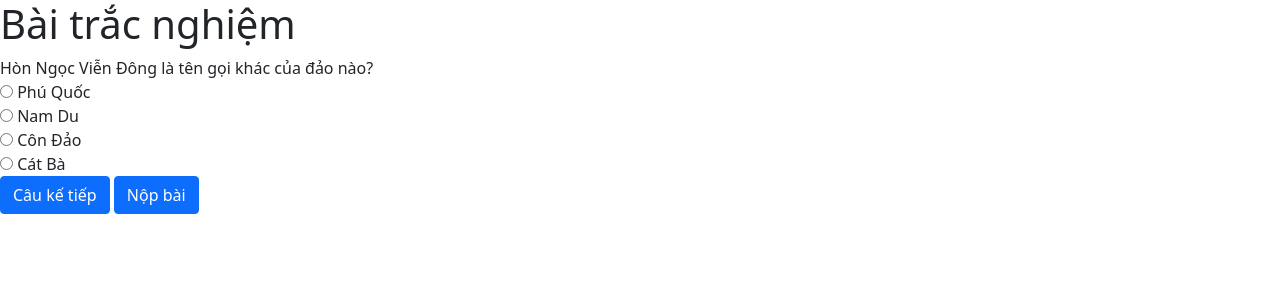
Repository: tran-thien-nhan/quiz_tlln
Page: index.html
The author's editor kept a copy of each file at every save. The page is drawn from the files as they stood at one save, then again after the next save.
The browser window is 1280 px wide. The pictures show the whole page.

Above is the page before, as saved 2023-06-25 10:24:22.

### index.html
<!DOCTYPE html>
<html>
<head>
    <title>Trắc nghiệm</title>
    <link rel="stylesheet" href="https://cdn.jsdelivr.net/npm/bootstrap@5.0.1/dist/css/bootstrap.min.css">
    <style>
        .correct-feedback {
            color: green;
        }

        .incorrect-feedback {
            color: red;
        }
    </style>
</head>
<body>
    <!-- Bài trắc nghiệm -->
    <div id="quizContainer">
        <h1>Bài trắc nghiệm</h1>
        <div id="question"></div>
        <div id="choices"></div>
        <button id="nextBtn" class="btn btn-primary">Câu kế tiếp</button>
        <button id="submitBtn" class="btn btn-primary">Nộp bài</button>
        <div id="result" style="display: none;"></div>
    </div>

    <script src="https://cdn.jsdelivr.net/npm/jquery@3.6.0"></script>
    <script src="https://cdn.jsdelivr.net/npm/bootstrap@5.0.1/dist/js/bootstrap.bundle.min.js"></script>
    <script>
        // Hiển thị bài trắc nghiệm
        function showQuiz() {
            $('#quizContainer').show();
            loadQuestions();
        }

        // Load câu hỏi từ file JSON
        function loadQuestions() {
            $.getJSON('quest_lib.json', function (data) {
                var questions = data.questions;
                sessionStorage.setItem('questions', JSON.stringify(questions));
                showQuestion(0);
            }).fail(function () {
                alert('Không thể tải câu hỏi. Vui lòng thử lại sau.');
            });
        }

        // Hiển thị câu hỏi và lựa chọn
        function showQuestion(index) {
            var questions = JSON.parse(sessionStorage.getItem('questions'));
            var question = questions[index];
            $('#question').text(question.question);
            var choices = question.choices;
            var shuffledChoices = shuffleArray(choices);
            $('#choices').empty();
            for (var i = 0; i < shuffledChoices.length; i++) {
                var choice = shuffledChoices[i];
                var radioBtn = $('<input type="radio" name="choice" value="' + choice + '"> ' + choice + '<br>');
                $('#choices').append(radioBtn);
            }
        }

        // Xáo trộn mảng
        function shuffleArray(array) {
            var currentIndex = array.length, temporaryValue, randomIndex;
            while (0 !== currentIndex) {
                randomIndex = Math.floor(Math.random() * currentIndex);
                currentIndex -= 1;
                temporaryValue = array[currentIndex];
                array[currentIndex] = array[randomIndex];
                array[randomIndex] = temporaryValue;
            }
            return array;
        }

        // Xử lý nút Câu kế tiếp
        function processNextQuestion() {
            var selectedChoice = $('input[name="choice"]:checked').val();

            // Kiểm tra xem người dùng đã chọn câu trả lời hay chưa
            if (!selectedChoice) {
                alert('Vui lòng chọn câu trả lời.');
                return;
            }
            var currentQuestionIndex = parseInt(sessionStorage.getItem('currentQuestionIndex'));
            var questions = JSON.parse(sessionStorage.getItem('questions'));
            var currentQuestion = questions[currentQuestionIndex];
            var correctAnswer = currentQuestion.correctAnswer;
            var score = parseInt(sessionStorage.getItem('score'));

            // Kiểm tra xem người dùng đã chọn đúng hay sai đáp án
            var isCorrect = selectedChoice === correctAnswer;

            // Nếu chọn đúng, tăng điểm
            if (isCorrect) {
                score += 1;
            }

            currentQuestionIndex += 1;
            sessionStorage.setItem('currentQuestionIndex', currentQuestionIndex);
            sessionStorage.setItem('score', score);

            if (currentQuestionIndex < questions.length) {
                showQuestion(currentQuestionIndex);
            } else {
                showResult();
            }
        }

        // Xử lý nút Câu kế tiếp
        $('#nextBtn').click(function () {
            processNextQuestion();
        });

        // Hiển thị kết quả
        function showResult() {
            var score = parseInt(sessionStorage.getItem('score'));
            var totalQuestions = JSON.parse(sessionStorage.getItem('questions')).length;
            var percentage = (score / totalQuestions) * 100;
            $('#quizContainer').hide();
            $('#result').text('Điểm số: ' + score + '/' + totalQuestions + ' (' + percentage + '%)').show();
        }

        // Kiểm tra đăng nhập khi tải trang
        $(document).ready(function () {
            showQuiz();
        });
    </script>
</body>
</html>

### quest_lib.json
{
    "questions": [
      {
        "question": "Hòn Ngọc Viễn Đông là tên gọi khác của đảo nào?",
        "choices": [
          "Côn Đảo",
          "Phú Quốc",
          "Nam Du",
          "Cát Bà"
        ],
        "correctAnswer": "Phú Quốc"
      },
      {
        "question": "Ai là vị vua cuối cùng của triều đại Lý?",
        "choices": [
          "Lý Thánh Tông",
          "Lý Cao Tông",
          "Lý Huệ Tông",
          "Lý Nhân Tông"
        ],
        "correctAnswer": "Lý Nhân Tông"
      },
      {
        "question": "Thành phố Hội An thuộc tỉnh nào của Việt Nam?",
        "choices": [
          "Quảng Ninh",
          "Quảng Bình",
          "Quảng Trị",
          "Quảng Nam"
        ],
        "correctAnswer": "Quảng Nam"
      },
      {
        "question": "Ngọn núi nào là đỉnh cao nhất Việt Nam?",
        "choices": [
          "Phan Xi Păng",
          "Fansipan",
          "Bạch Mã",
          "Bidoup Núi Bà"
        ],
        "correctAnswer": "Fansipan"
      },
      {
        "question": "Vua Hùng đầu tiên của Việt Nam là ai?",
        "choices": [
          "Hùng Vương I",
          "Hùng Vương II",
          "Hùng Vương III",
          "Hùng Vương IV"
        ],
        "correctAnswer": "Hùng Vương I"
      },
      {
        "question": "Di tích cố đô Huế nằm ở tỉnh nào của Việt Nam?",
        "choices": [
          "Thừa Thiên Huế",
          "Quảng Trị",
          "Đà Nẵng",
          "Quảng Bình"
        ],
        "correctAnswer": "Thừa Thiên Huế"
      },
      {
        "question": "Vịnh Hạ Long thuộc tỉnh nào của Việt Nam?",
        "choices": [
          "Quảng Ninh",
          "Thái Bình",
          "Nam Định",
          "Hải Phòng"
        ],
        "correctAnswer": "Quảng Ninh"
      },
      {
        "question": "Ai là người thành lập nên Vương quốc Chăm Pa?",
        "choices": [
          "Vijaya",
          "Indravarman I",
          "Bhadravarman I",
          "Satyavarman"
        ],
        "correctAnswer": "Vijaya"
      },
      {
        "question": "Vịnh Xuân Đài là vịnh nằm ở tỉnh nào của Việt Nam?",
        "choices": [
          "Quảng Ninh",
          "Hải Phòng",
          "Nam Định",
          "Thái Bình"
        ],
        "correctAnswer": "Nam Định"
      },
      {
        "question": "Bảo tàng Lịch sử Quốc gia Việt Nam được đặt ở thành phố nào?",
        "choices": [
          "Hà Nội",
          "Hải Phòng",
          "Huế",
          "Hồ Chí Minh"
        ],
        "correctAnswer": "Hà Nội"
      }
    ]
  }

After the next save:
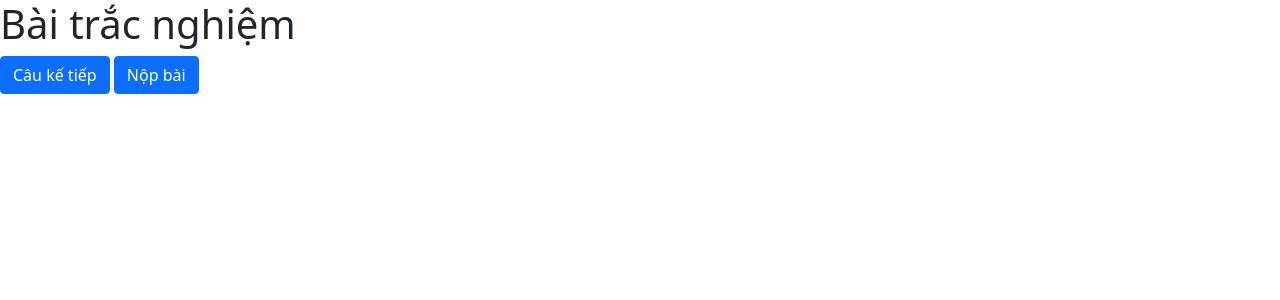
Saved 2 min 18 s later.
--- a/index.html
+++ b/index.html
@@ -1,5 +1,6 @@
 <!DOCTYPE html>
 <html>
+
 <head>
     <title>Trắc nghiệm</title>
     <link rel="stylesheet" href="https://cdn.jsdelivr.net/npm/bootstrap@5.0.1/dist/css/bootstrap.min.css">
@@ -13,6 +14,7 @@
         }
     </style>
 </head>
+
 <body>
     <!-- Bài trắc nghiệm -->
     <div id="quizContainer">
@@ -107,23 +109,55 @@
         }
 
         // Xử lý nút Câu kế tiếp
+        // Xử lý nút Câu kế tiếp
         $('#nextBtn').click(function () {
-            processNextQuestion();
+            var selectedChoice = $('input[name="choice"]:checked').val();
+
+            // Kiểm tra xem người dùng đã chọn câu trả lời hay chưa
+            if (!selectedChoice) {
+                alert('Vui lòng chọn câu trả lời.');
+                return;
+            }
+            var currentQuestionIndex = parseInt(sessionStorage.getItem('currentQuestionIndex'));
+            var questions = JSON.parse(sessionStorage.getItem('questions'));
+            var currentQuestion = questions[currentQuestionIndex];
+            var correctAnswer = currentQuestion.correctAnswer;
+            var score = parseInt(sessionStorage.getItem('score'));
+
+            // Kiểm tra xem người dùng đã chọn đúng hay sai đáp án
+            var isCorrect = selectedChoice === correctAnswer;
+
+            // Nếu chọn đúng, tăng điểm
+            if (isCorrect) {
+                score += 1;
+            }
+
+            currentQuestionIndex += 1;
+            sessionStorage.setItem('currentQuestionIndex', currentQuestionIndex);
+            sessionStorage.setItem('score', score);
+
+            // Ẩn các câu trả lời và nút "Câu kế tiếp"
+            $('#choices').empty();
+            $('#nextBtn').hide();
+
+            if (currentQuestionIndex < questions.length) {
+                // Hiển thị thông báo "correct" hoặc "incorrect"
+                var feedbackElement = $('<span></span>');
+                feedbackElement.addClass(isCorrect ? 'correct-feedback' : 'incorrect-feedback');
+                feedbackElement.text(isCorrect ? 'correct' : 'incorrect');
+                $('#choices').append(feedbackElement);
+
+                // Delay 1 giây trước khi hiển thị câu hỏi kế tiếp
+                setTimeout(function () {
+                    showQuestion(currentQuestionIndex);
+                    $('#nextBtn').show();
+                }, 1000);
+            } else {
+                showResult();
+            }
         });
 
-        // Hiển thị kết quả
-        function showResult() {
-            var score = parseInt(sessionStorage.getItem('score'));
-            var totalQuestions = JSON.parse(sessionStorage.getItem('questions')).length;
-            var percentage = (score / totalQuestions) * 100;
-            $('#quizContainer').hide();
-            $('#result').text('Điểm số: ' + score + '/' + totalQuestions + ' (' + percentage + '%)').show();
-        }
-
-        // Kiểm tra đăng nhập khi tải trang
-        $(document).ready(function () {
-            showQuiz();
-        });
     </script>
 </body>
+
 </html>

After the save that followed:
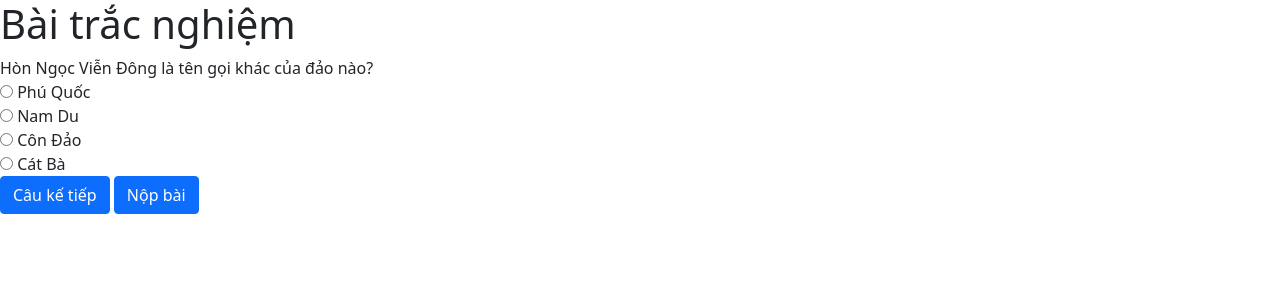
Saved 20 s later.
--- a/index.html
+++ b/index.html
@@ -1,6 +1,5 @@
 <!DOCTYPE html>
 <html>
-
 <head>
     <title>Trắc nghiệm</title>
     <link rel="stylesheet" href="https://cdn.jsdelivr.net/npm/bootstrap@5.0.1/dist/css/bootstrap.min.css">
@@ -14,7 +13,6 @@
         }
     </style>
 </head>
-
 <body>
     <!-- Bài trắc nghiệm -->
     <div id="quizContainer">
@@ -109,55 +107,23 @@
         }
 
         // Xử lý nút Câu kế tiếp
-        // Xử lý nút Câu kế tiếp
         $('#nextBtn').click(function () {
-            var selectedChoice = $('input[name="choice"]:checked').val();
-
-            // Kiểm tra xem người dùng đã chọn câu trả lời hay chưa
-            if (!selectedChoice) {
-                alert('Vui lòng chọn câu trả lời.');
-                return;
-            }
-            var currentQuestionIndex = parseInt(sessionStorage.getItem('currentQuestionIndex'));
-            var questions = JSON.parse(sessionStorage.getItem('questions'));
-            var currentQuestion = questions[currentQuestionIndex];
-            var correctAnswer = currentQuestion.correctAnswer;
-            var score = parseInt(sessionStorage.getItem('score'));
-
-            // Kiểm tra xem người dùng đã chọn đúng hay sai đáp án
-            var isCorrect = selectedChoice === correctAnswer;
-
-            // Nếu chọn đúng, tăng điểm
-            if (isCorrect) {
-                score += 1;
-            }
-
-            currentQuestionIndex += 1;
-            sessionStorage.setItem('currentQuestionIndex', currentQuestionIndex);
-            sessionStorage.setItem('score', score);
-
-            // Ẩn các câu trả lời và nút "Câu kế tiếp"
-            $('#choices').empty();
-            $('#nextBtn').hide();
-
-            if (currentQuestionIndex < questions.length) {
-                // Hiển thị thông báo "correct" hoặc "incorrect"
-                var feedbackElement = $('<span></span>');
-                feedbackElement.addClass(isCorrect ? 'correct-feedback' : 'incorrect-feedback');
-                feedbackElement.text(isCorrect ? 'correct' : 'incorrect');
-                $('#choices').append(feedbackElement);
-
-                // Delay 1 giây trước khi hiển thị câu hỏi kế tiếp
-                setTimeout(function () {
-                    showQuestion(currentQuestionIndex);
-                    $('#nextBtn').show();
-                }, 1000);
-            } else {
-                showResult();
-            }
+            processNextQuestion();
         });
 
+        // Hiển thị kết quả
+        function showResult() {
+            var score = parseInt(sessionStorage.getItem('score'));
+            var totalQuestions = JSON.parse(sessionStorage.getItem('questions')).length;
+            var percentage = (score / totalQuestions) * 100;
+            $('#quizContainer').hide();
+            $('#result').text('Điểm số: ' + score + '/' + totalQuestions + ' (' + percentage + '%)').show();
+        }
+
+        // Kiểm tra đăng nhập khi tải trang
+        $(document).ready(function () {
+            showQuiz();
+        });
     </script>
 </body>
-
 </html>
